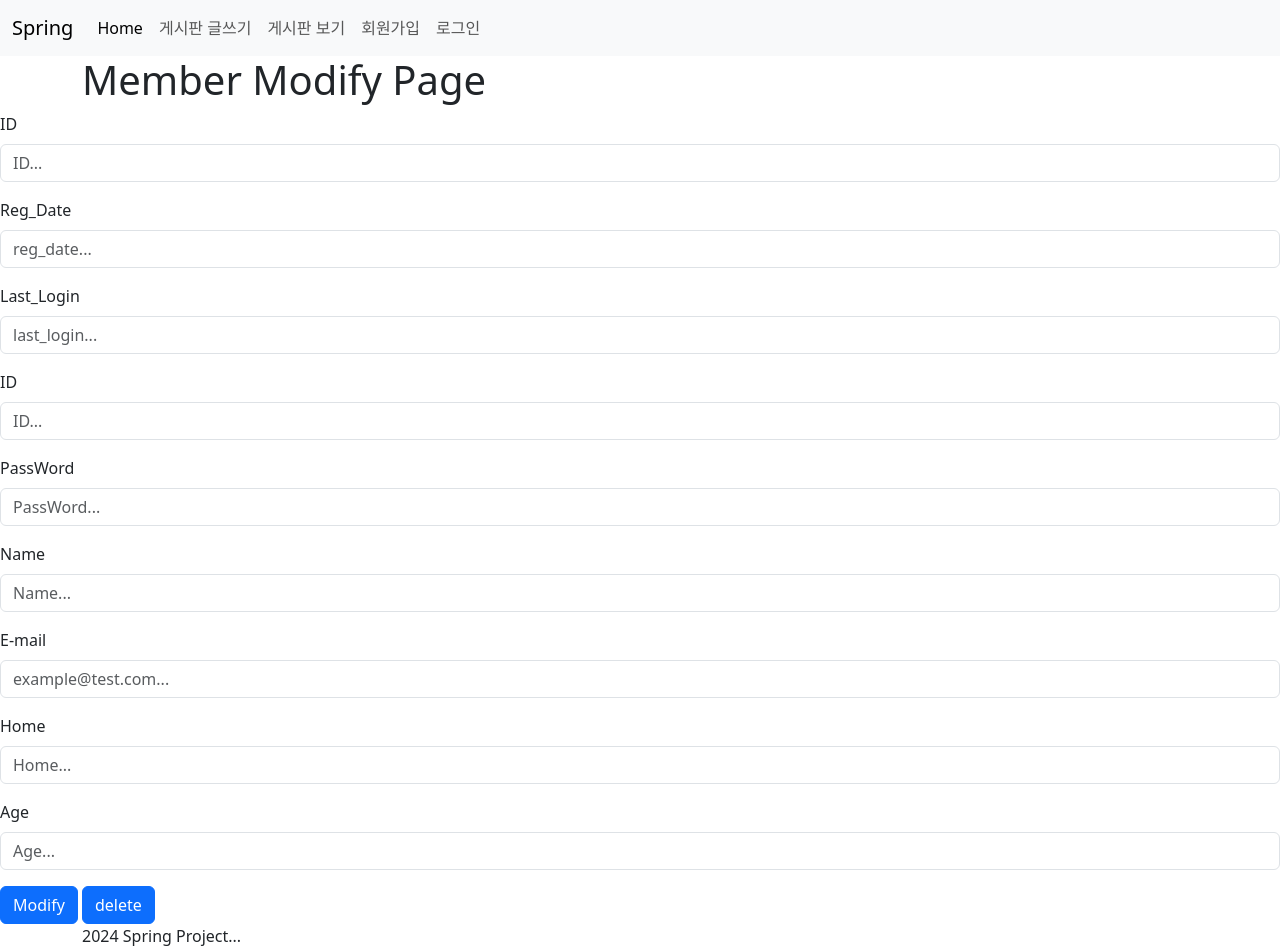
Repository: lhj6399/springTest240430
Page: http://localhost/spring_study/WEB-INF/views/member/modify.jsp
An editor plug-in stored every save of this project. The page is shown before and after the next save, followed by the edit.
The browser window is 1280 px wide. The pictures show the whole page.
The page is served by Tomcat 9. Nobody is signed in. The template is opened directly, without the code that normally fills it, so the values that code supplies are empty.

Above is the page before, as saved 2024-04-26 00:56:25.

After the next save:
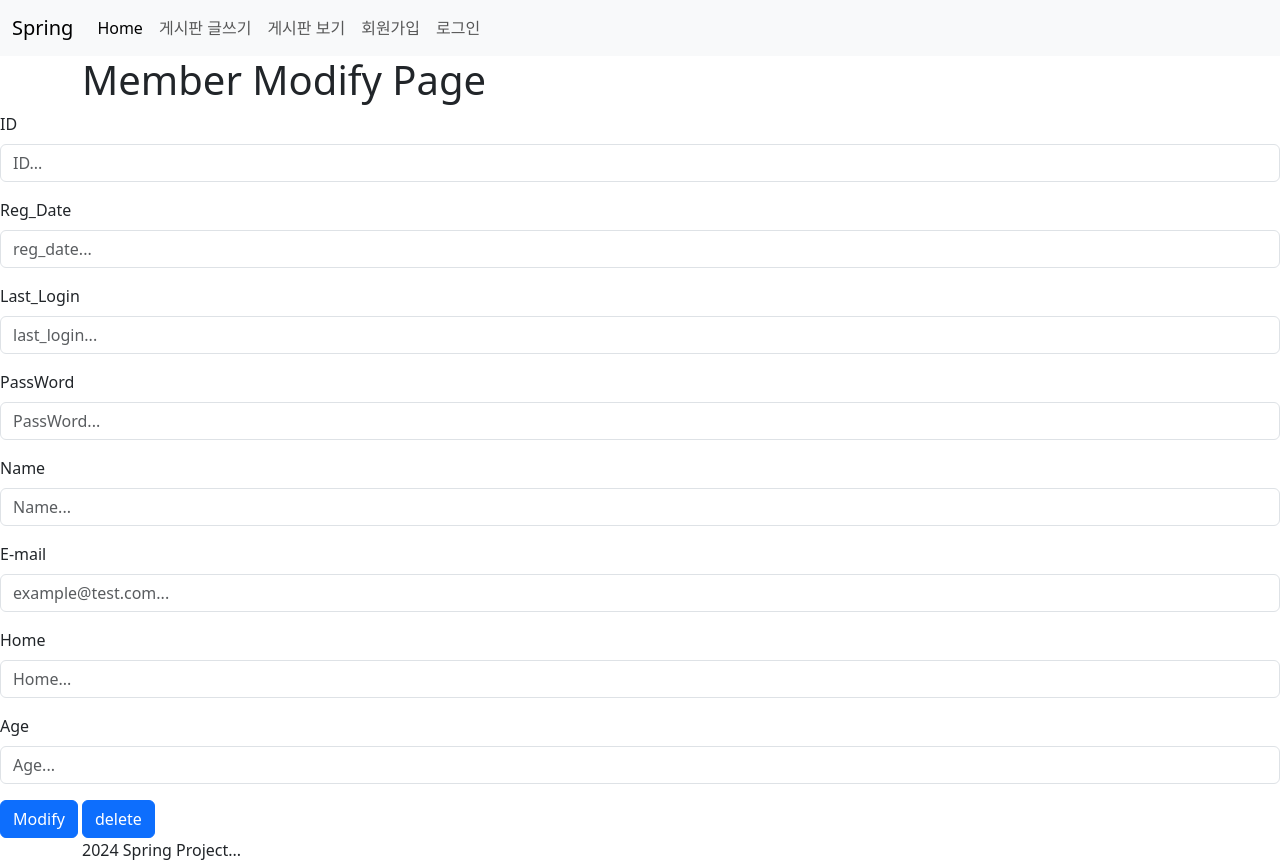
Saved 2 min 18 s later.
--- a/spring_study/src/main/webapp/WEB-INF/views/member/modify.jsp
+++ b/spring_study/src/main/webapp/WEB-INF/views/member/modify.jsp
@@ -17,10 +17,6 @@
 		<div class="mb-3">
 		  <label for="i" class="form-label">Last_Login</label>
 		  <input type="text" class="form-control" name="last_login" id="l" value="${ses.last_login }" readonly="readonly" placeholder="last_login...">
-		</div>
-		<div class="mb-3">
-		  <label for="i" class="form-label">ID</label>
-		  <input type="text" class="form-control" name="id" id="i" value="${ses.id }" readonly="readonly" placeholder="ID...">
 		</div>
 		<div class="mb-3">
 		  <label for="p" class="form-label">PassWord</label>
